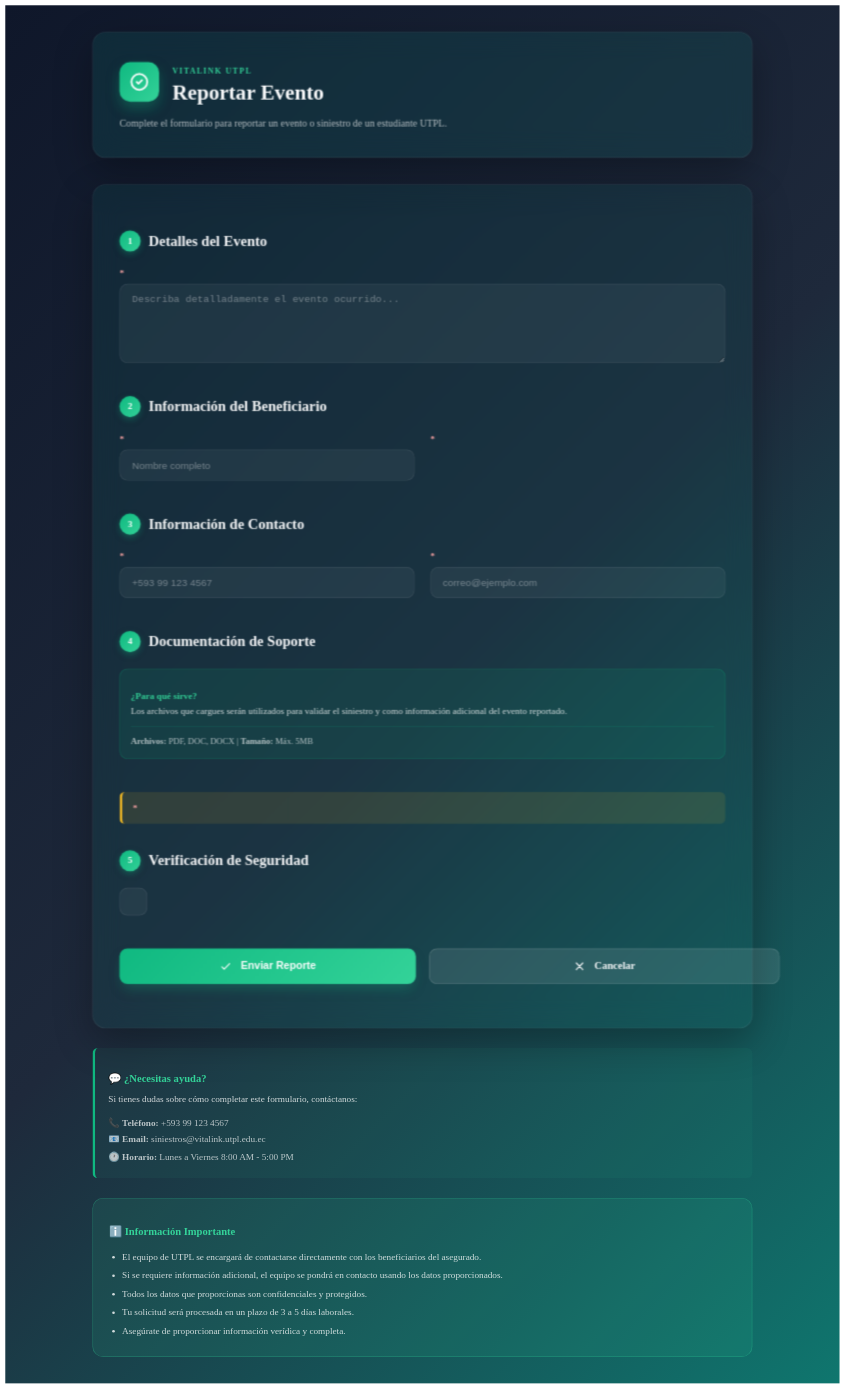
Repository: Carlosmicael/seguroVitaLink
Page: templates/siniestros/formulario_activacion.html
An editor plug-in stored every save of this project. The page is shown before and after the next save, followed by the edit.
The browser window is 1280 px wide. The pictures show the whole page, at 66% of full size.
The template is drawn by Django 5.2. The application's start-up code is not run. Other server files are loaded and not shown. The template is opened directly, without the code that normally fills it, so the values that code supplies are empty.

Above is the page before, as saved 2026-01-22 21:48:38.

### templates/siniestros/formulario_activacion.html
{% load static %}


{% block content %}
<style>
@keyframes fadeIn {
    from { opacity: 0; transform: translateY(20px); }
    to { opacity: 1; transform: translateY(0); }
}

.form-section {
    animation: fadeIn 0.6s ease-out;
}

.input-field {
    background: rgba(255, 255, 255, 0.05);
    border: 1px solid rgba(255, 255, 255, 0.1);
    border-radius: 12px;
    padding: 14px 18px;
    color: #f9fafb;
    font-size: 15px;
    transition: all 0.3s ease;
    width: 100%;
}

.input-field:focus {
    outline: none;
    background: rgba(255, 255, 255, 0.08);
    border-color: #10b981;
    box-shadow: 0 0 0 3px rgba(16, 185, 129, 0.1);
}

.input-field::placeholder {
    color: rgba(255, 255, 255, 0.4);
}

textarea.input-field {
    min-height: 120px;
    resize: vertical;
}

select.input-field {
    appearance: none;
    background-image: url("data:[embedded picture, 228 characters]");
    background-repeat: no-repeat;
    background-position: right 12px center;
    background-size: 20px;
    padding-right: 40px;
}

.btn-primary {
    background: linear-gradient(135deg, #10b981 0%, #34d399 100%);
    color: white;
    font-weight: 700;
    padding: 16px 40px;
    border-radius: 12px;
    font-size: 16px;
    border: none;
    cursor: pointer;
    transition: all 0.3s ease;
    box-shadow: 0 10px 20px -5px rgba(16, 185, 129, 0.3);
    width: 100%;
}

.btn-primary:hover {
    transform: translateY(-2px);
    box-shadow: 0 15px 30px -5px rgba(16, 185, 129, 0.4);
}

.btn-secondary {
    background: rgba(255, 255, 255, 0.1);
    color: #f9fafb;
    font-weight: 600;
    padding: 16px 40px;
    border-radius: 12px;
    font-size: 16px;
    border: 1px solid rgba(255, 255, 255, 0.2);
    cursor: pointer;
    transition: all 0.3s ease;
    text-align: center;
    text-decoration: none;
    display: inline-block;
    width: 100%;
}

.btn-secondary:hover {
    background: rgba(255, 255, 255, 0.15);
    border-color: rgba(255, 255, 255, 0.3);
}

.section-badge {
    display: inline-flex;
    align-items: center;
    justify-content: center;
    width: 32px;
    height: 32px;
    background: linear-gradient(135deg, #10b981 0%, #34d399 100%);
    border-radius: 50%;
    color: white;
    font-weight: 700;
    font-size: 14px;
    margin-right: 12px;
    box-shadow: 0 4px 10px rgba(16, 185, 129, 0.3);
}

.label-text {
    color: rgba(255, 255, 255, 0.9);
    font-size: 14px;
    font-weight: 600;
    margin-bottom: 8px;
    display: block;
}

.error-text {
    color: #fca5a5;
    font-size: 13px;
    margin-top: 6px;
}

.info-box {
    background: rgba(16, 185, 129, 0.1);
    border: 1px solid rgba(16, 185, 129, 0.3);
    border-radius: 12px;
    padding: 16px;
    margin-bottom: 20px;
}

.help-box {
    background: rgba(52, 211, 153, 0.05);
    border-left: 4px solid #10b981;
    border-radius: 8px;
    padding: 20px;
    margin-top: 30px;
}

.checkbox-wrapper {
    display: flex;
    align-items: start;
    gap: 12px;
    background: rgba(251, 191, 36, 0.1);
    border-left: 4px solid #fbbf24;
    border-radius: 8px;
    padding: 16px;
}

.checkbox-wrapper input[type="checkbox"] {
    width: 20px;
    height: 20px;
    cursor: pointer;
    margin-top: 2px;
}

.file-input-wrapper {
    position: relative;
}

.file-input-wrapper input[type="file"] {
    width: 100%;
    padding: 14px;
    background: rgba(255, 255, 255, 0.05);
    border: 2px dashed rgba(255, 255, 255, 0.2);
    border-radius: 12px;
    color: #f9fafb;
    cursor: pointer;
    transition: all 0.3s ease;
}

.file-input-wrapper input[type="file"]:hover {
    background: rgba(255, 255, 255, 0.08);
    border-color: #10b981;
}
</style>

<main style="background: linear-gradient(135deg, #0f172a 0%, #1e293b 50%, #0f766e 100%); min-height: 100vh; padding: 40px 20px;">
    <div style="max-width: 1000px; margin: 0 auto;">

        <!-- Header Card -->
        <div style="background: rgba(15, 118, 110, 0.2); backdrop-filter: blur(20px); border-radius: 20px; padding: 40px; margin-bottom: 40px; border: 1px solid rgba(255, 255, 255, 0.1); box-shadow: 0 20px 60px rgba(0, 0, 0, 0.3);">
            <div style="display: flex; align-items: center; gap: 20px; margin-bottom: 16px;">
                <div style="width: 60px; height: 60px; background: linear-gradient(135deg, #10b981 0%, #34d399 100%); border-radius: 16px; display: flex; align-items: center; justify-content: center; box-shadow: 0 10px 20px rgba(16, 185, 129, 0.3);">
                    <svg style="width: 32px; height: 32px; color: white;" fill="none" stroke="currentColor" viewBox="0 0 24 24">
                        <path stroke-linecap="round" stroke-linejoin="round" stroke-width="2" d="M9 12l2 2 4-4m6 2a9 9 0 11-18 0 9 9 0 0118 0z"></path>
                    </svg>
                </div>
                <div>
                    <p style="color: #34d399; font-size: 12px; font-weight: 700; text-transform: uppercase; letter-spacing: 2px; margin-bottom: 4px;">VITALINK UTPL</p>
                    <h1 style="font-size: 32px; font-weight: 900; color: #f9fafb; line-height: 1.2; margin: 0;">Reportar Evento</h1>
                </div>
            </div>
            <p style="color: rgba(255, 255, 255, 0.7); font-size: 15px; line-height: 1.6; margin: 0;">
                Complete el formulario para reportar un evento o siniestro de un estudiante UTPL.
            </p>
        </div>

        <!-- Main Form Card -->
        <div style="background: rgba(15, 118, 110, 0.15); backdrop-filter: blur(20px); border-radius: 20px; padding: 50px 40px; border: 1px solid rgba(255, 255, 255, 0.1); box-shadow: 0 20px 60px rgba(0, 0, 0, 0.3);">
            <form method="POST" enctype="multipart/form-data" id="activacionForm" url="reportar_evento">
                {% csrf_token %}

                <!-- Sección 1: Detalles del Evento -->
                <div style="margin-bottom: 50px;" class="form-section">
                    <h2 style="font-size: 22px; font-weight: 700; color: #f9fafb; margin-bottom: 25px; display: flex; align-items: center;">
                        <span class="section-badge">1</span>
                        Detalles del Evento
                    </h2>

                    <div style="margin-bottom: 24px;">
                        <label for="{{ form.descripcion.id_for_label }}" class="label-text">
                            {{ form.descripcion.label }}
                            <span style="color: #fca5a5;">*</span>
                        </label>
                        <textarea name="{{ form.descripcion.name }}" id="{{ form.descripcion.id_for_label }}" class="input-field" placeholder="Describa detalladamente el evento ocurrido..." required>{{ form.descripcion.value|default:'' }}</textarea>
                        {% if form.descripcion.errors %}
                            <div class="error-text">{{ form.descripcion.errors.0 }}</div>
                        {% endif %}
                    </div>
                </div>

                <!-- Sección 2: Información del Beneficiario -->
                <div style="margin-bottom: 50px;" class="form-section">
                    <h2 style="font-size: 22px; font-weight: 700; color: #f9fafb; margin-bottom: 25px; display: flex; align-items: center;">
                        <span class="section-badge">2</span>
                        Información del Beneficiario
                    </h2>

                    <div style="display: grid; grid-template-columns: repeat(auto-fit, minmax(250px, 1fr)); gap: 24px;">
                        <div>
                            <label for="{{ form.nombre_beneficiario.id_for_label }}" class="label-text">
                                {{ form.nombre_beneficiario.label }}
                                <span style="color: #fca5a5;">*</span>
                            </label>
                            <input type="text" name="{{ form.nombre_beneficiario.name }}" id="{{ form.nombre_beneficiario.id_for_label }}" class="input-field" placeholder="Nombre completo" value="{{ form.nombre_beneficiario.value|default:'' }}" required>
                            {% if form.nombre_beneficiario.errors %}
                                <div class="error-text">{{ form.nombre_beneficiario.errors.0 }}</div>
                            {% endif %}
                        </div>

                        <div>
                            <label for="{{ form.relacion_beneficiario.id_for_label }}" class="label-text">
                                {{ form.relacion_beneficiario.label }}
                                <span style="color: #fca5a5;">*</span>
                            </label>
                            {{ form.relacion_beneficiario }}
                            {% if form.relacion_beneficiario.errors %}
                                <div class="error-text">{{ form.relacion_beneficiario.errors.0 }}</div>
                            {% endif %}
                        </div>
                    </div>
                </div>

                <!-- Sección 3: Contacto -->
                <div style="margin-bottom: 50px;" class="form-section">
                    <h2 style="font-size: 22px; font-weight: 700; color: #f9fafb; margin-bottom: 25px; display: flex; align-items: center;">
                        <span class="section-badge">3</span>
                        Información de Contacto
                    </h2>

                    <div style="display: grid; grid-template-columns: repeat(auto-fit, minmax(250px, 1fr)); gap: 24px;">
                        <div>
                            <label for="{{ form.telefono.id_for_label }}" class="label-text">
                                {{ form.telefono.label }}
                                <span style="color: #fca5a5;">*</span>
                            </label>
                            <input type="tel" name="{{ form.telefono.name }}" id="{{ form.telefono.id_for_label }}" class="input-field" placeholder="+593 99 123 4567" value="{{ form.telefono.value|default:'' }}" required>
                            {% if form.telefono.errors %}
                                <div class="error-text">{{ form.telefono.errors.0 }}</div>
                            {% endif %}
                        </div>

                        <div>
                            <label for="{{ form.email.id_for_label }}" class="label-text">
                                {{ form.email.label }}
                                <span style="color: #fca5a5;">*</span>
                            </label>
                            <input type="email" name="{{ form.email.name }}" id="{{ form.email.id_for_label }}" class="input-field" placeholder="correo@ejemplo.com" value="{{ form.email.value|default:'' }}" required>
                            {% if form.email.errors %}
                                <div class="error-text">{{ form.email.errors.0 }}</div>
                            {% endif %}
                        </div>
                    </div>
                </div>

                <!-- Sección 4: Documentación -->
                <div style="margin-bottom: 50px;" class="form-section">
                    <h2 style="font-size: 22px; font-weight: 700; color: #f9fafb; margin-bottom: 25px; display: flex; align-items: center;">
                        <span class="section-badge">4</span>
                        Documentación de Soporte
                    </h2>

                    <div class="info-box">
                        <p style="color: rgba(255, 255, 255, 0.85); font-size: 14px; line-height: 1.6; margin-bottom: 12px;">
                            <strong style="color: #34d399;">¿Para qué sirve?</strong><br>
                            Los archivos que cargues serán utilizados para validar el siniestro y como información adicional del evento reportado.
                        </p>
                        <hr style="border: none; border-top: 1px solid rgba(16, 185, 129, 0.2); margin: 12px 0;">
                        <p style="color: rgba(255, 255, 255, 0.7); font-size: 13px; line-height: 1.5; margin: 0;">
                            <strong>Archivos:</strong> PDF, DOC, DOCX | <strong>Tamaño:</strong> Máx. 5MB
                        </p>
                    </div>

                    <div class="file-input-wrapper">
                        <label for="{{ form.archivo_documento.id_for_label }}" class="label-text">
                            {{ form.archivo_documento.label }}
                        </label>
                        {{ form.archivo_documento }}
                        {% if form.archivo_documento.errors %}
                            <div class="error-text">{{ form.archivo_documento.errors.0 }}</div>
                        {% endif %}
                    </div>
                </div>

                <!-- Sección 5: Consentimiento -->
                <div style="margin-bottom: 40px;" class="form-section">
                    <div class="checkbox-wrapper">
                        {{ form.acepta_terminos }}
                        <label for="{{ form.acepta_terminos.id_for_label }}" style="color: rgba(255, 255, 255, 0.9); font-size: 14px; font-weight: 600; flex: 1;">
                            {{ form.acepta_terminos.label }}
                            <span style="color: #fca5a5;">*</span>
                        </label>
                    </div>
                    {% if form.acepta_terminos.errors %}
                        <div class="error-text" style="margin-left: 32px;">{{ form.acepta_terminos.errors.0 }}</div>
                    {% endif %}
                </div>

                <!-- Sección 6: reCAPTCHA -->
                <div style="margin-bottom: 40px;" class="form-section">
                    <h2 style="font-size: 22px; font-weight: 700; color: #f9fafb; margin-bottom: 25px; display: flex; align-items: center;">
                        <span class="section-badge">5</span>
                        Verificación de Seguridad
                    </h2>

                    <div style="background: rgba(255, 255, 255, 0.05); border: 1px solid rgba(255, 255, 255, 0.1); border-radius: 12px; padding: 20px; display: inline-block;">
                        {% if form.captcha.errors %}
                            <div class="error-text" style="margin-bottom: 12px;">{{ form.captcha.errors.0 }}</div>
                        {% endif %}
                        {{ form.captcha }}
                    </div>
                </div>

                <!-- Botones de Acción -->
                <div style="display: grid; grid-template-columns: repeat(auto-fit, minmax(200px, 1fr)); gap: 20px; margin-top: 50px;">
                    <button type="submit" class="btn-primary" >
                        <svg style="display: inline-block; width: 20px; height: 20px; margin-right: 8px; vertical-align: middle;" fill="none" stroke="currentColor" viewBox="0 0 24 24">
                            <path stroke-linecap="round" stroke-linejoin="round" stroke-width="2" d="M5 13l4 4L19 7"></path>
                        </svg>
                        Enviar Reporte
                    </button>
                    <a href="{% url 'inicio' %}" class="btn-secondary">
                        <svg style="display: inline-block; width: 20px; height: 20px; margin-right: 8px; vertical-align: middle;" fill="none" stroke="currentColor" viewBox="0 0 24 24">
                            <path stroke-linecap="round" stroke-linejoin="round" stroke-width="2" d="M6 18L18 6M6 6l12 12"></path>
                        </svg>
                        Cancelar
                    </a>
                </div>
            </form>
        </div>

        <!-- Help Box -->
        <div class="help-box">
            <h3 style="color: #34d399; font-size: 16px; font-weight: 700; margin-bottom: 12px;">💬 ¿Necesitas ayuda?</h3>
            <p style="color: rgba(255, 255, 255, 0.8); font-size: 14px; margin-bottom: 16px;">Si tienes dudas sobre cómo completar este formulario, contáctanos:</p>
            <div style="color: rgba(255, 255, 255, 0.7); font-size: 14px; line-height: 1.8;">
                <p style="margin: 0;">📞 <strong>Teléfono:</strong> +593 99 123 4567</p>
                <p style="margin: 0;">📧 <strong>Email:</strong> siniestros@vitalink.utpl.edu.ec</p>
                <p style="margin: 0;">🕐 <strong>Horario:</strong> Lunes a Viernes 8:00 AM - 5:00 PM</p>
            </div>
        </div>

        <!-- Info Box -->
        <div style="margin-top: 30px; background: rgba(52, 211, 153, 0.1); border: 1px solid rgba(52, 211, 153, 0.3); border-radius: 16px; padding: 24px;">
            <h3 style="color: #34d399; font-size: 16px; font-weight: 700; margin-bottom: 16px;">ℹ️ Información Importante</h3>
            <ul style="color: rgba(255, 255, 255, 0.8); font-size: 14px; line-height: 2; margin: 0; padding-left: 20px;">
                <li>El equipo de UTPL se encargará de contactarse directamente con los beneficiarios del asegurado.</li>
                <li>Si se requiere información adicional, el equipo se pondrá en contacto usando los datos proporcionados.</li>
                <li>Todos los datos que proporcionas son confidenciales y protegidos.</li>
                <li>Tu solicitud será procesada en un plazo de 3 a 5 días laborales.</li>
                <li>Asegúrate de proporcionar información verídica y completa.</li>
            </ul>
        </div>
    </div>
</main>

<script>
document.addEventListener('DOMContentLoaded', function() {
    const formFields = document.querySelectorAll('input[type="text"], input[type="email"], input[type="tel"], select, textarea');
    formFields.forEach(field => {
        if (!field.classList.contains('input-field')) {
            field.classList.add('input-field');
        }
    });

    const fileInput = document.querySelector('input[type="file"]');
    if (fileInput && !fileInput.classList.contains('input-field')) {
        fileInput.style.cssText = `
            width: 100%;
            padding: 14px;
            background: rgba(255, 255, 255, 0.05);
            border: 2px dashed rgba(255, 255, 255, 0.2);
            border-radius: 12px;
            color: #f9fafb;
            cursor: pointer;
            transition: all 0.3s ease;
        `;
    }
});
</script>
{% endblock %}

{% block extra_js %}
<script src="https://www.google.com/recaptcha/api.js" async defer></script>
{% endblock %}

After the next save:
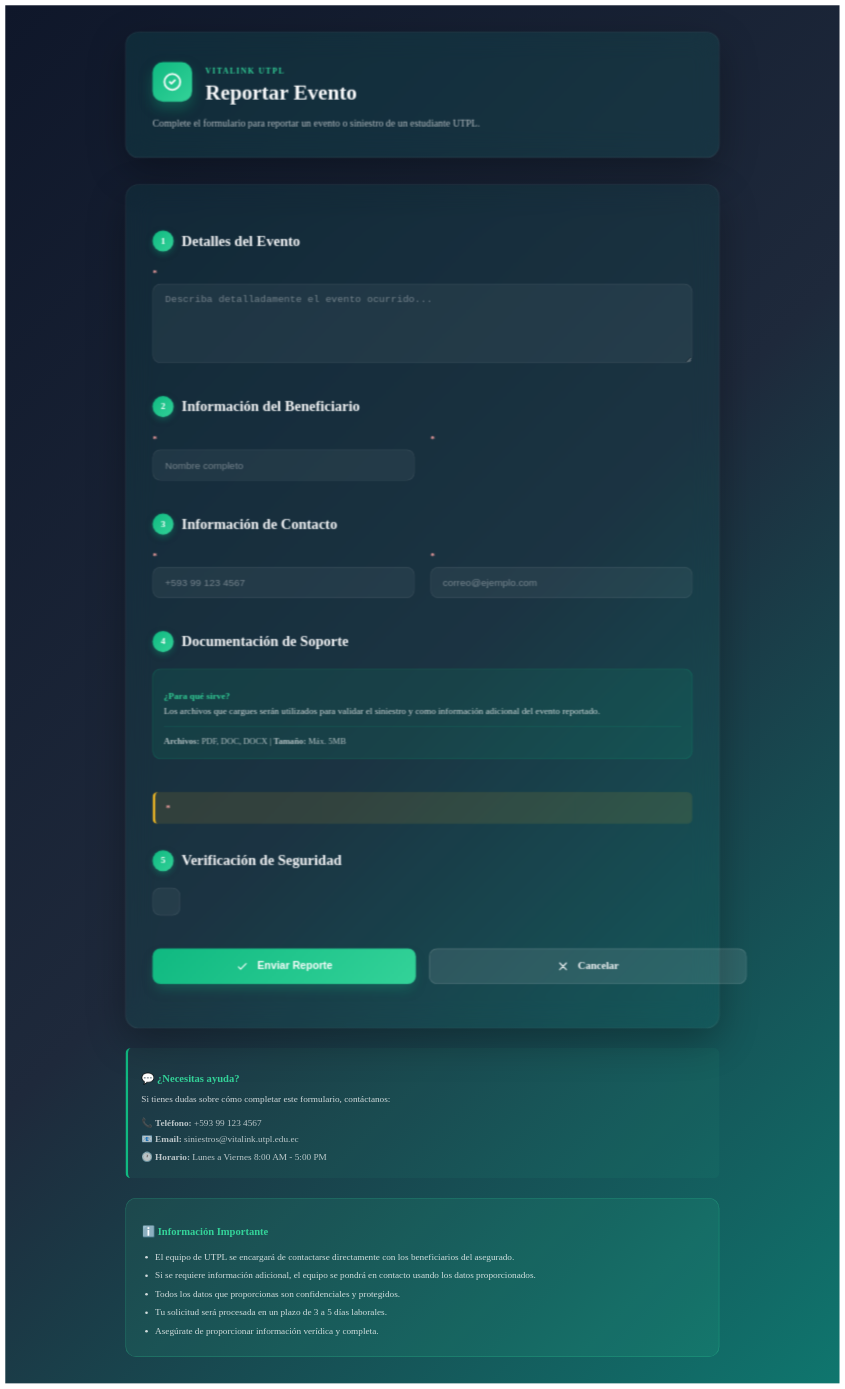
Saved 8 s later.
--- a/templates/siniestros/formulario_activacion.html
+++ b/templates/siniestros/formulario_activacion.html
@@ -172,7 +172,7 @@
 </style>
 
 <main style="background: linear-gradient(135deg, #0f172a 0%, #1e293b 50%, #0f766e 100%); min-height: 100vh; padding: 40px 20px;">
-    <div style="max-width: 1000px; margin: 0 auto;">
+    <div style="max-width: 900px; margin: 0 auto;">
 
         <!-- Header Card -->
         <div style="background: rgba(15, 118, 110, 0.2); backdrop-filter: blur(20px); border-radius: 20px; padding: 40px; margin-bottom: 40px; border: 1px solid rgba(255, 255, 255, 0.1); box-shadow: 0 20px 60px rgba(0, 0, 0, 0.3);">
